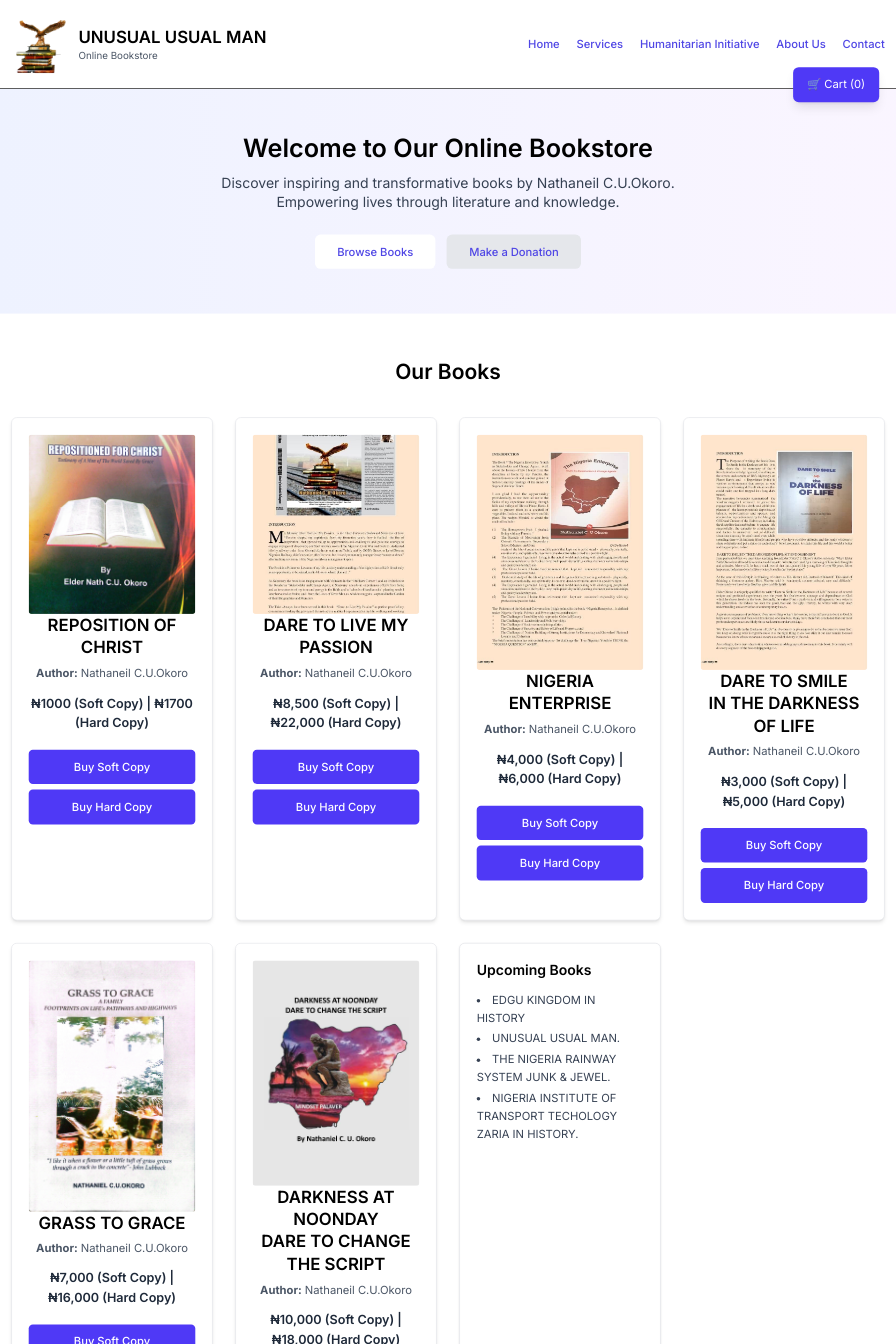
Repository: Rickyy1017/online-bookstore
Page: / (app in frontend/)
The author's editor kept a copy of each file at every save. The page is drawn from the files as they stood at one save, then again after the next save.
The browser window is 1280 px wide. The pictures show the part of the page from y = 0 to 1920 px (the page is 4568 px tall), at 70% of full size.
The project was rebuilt for these pictures with package versions that can differ from the ones it lists, and the page was loaded fresh each time. The framework's server and built-in components were replaced by stand-ins that run in the browser. Also part of the build but not shown: frontend/next.config.ts.

Above is the page before, as saved 2025-10-09 23:52:54.

After the next save:
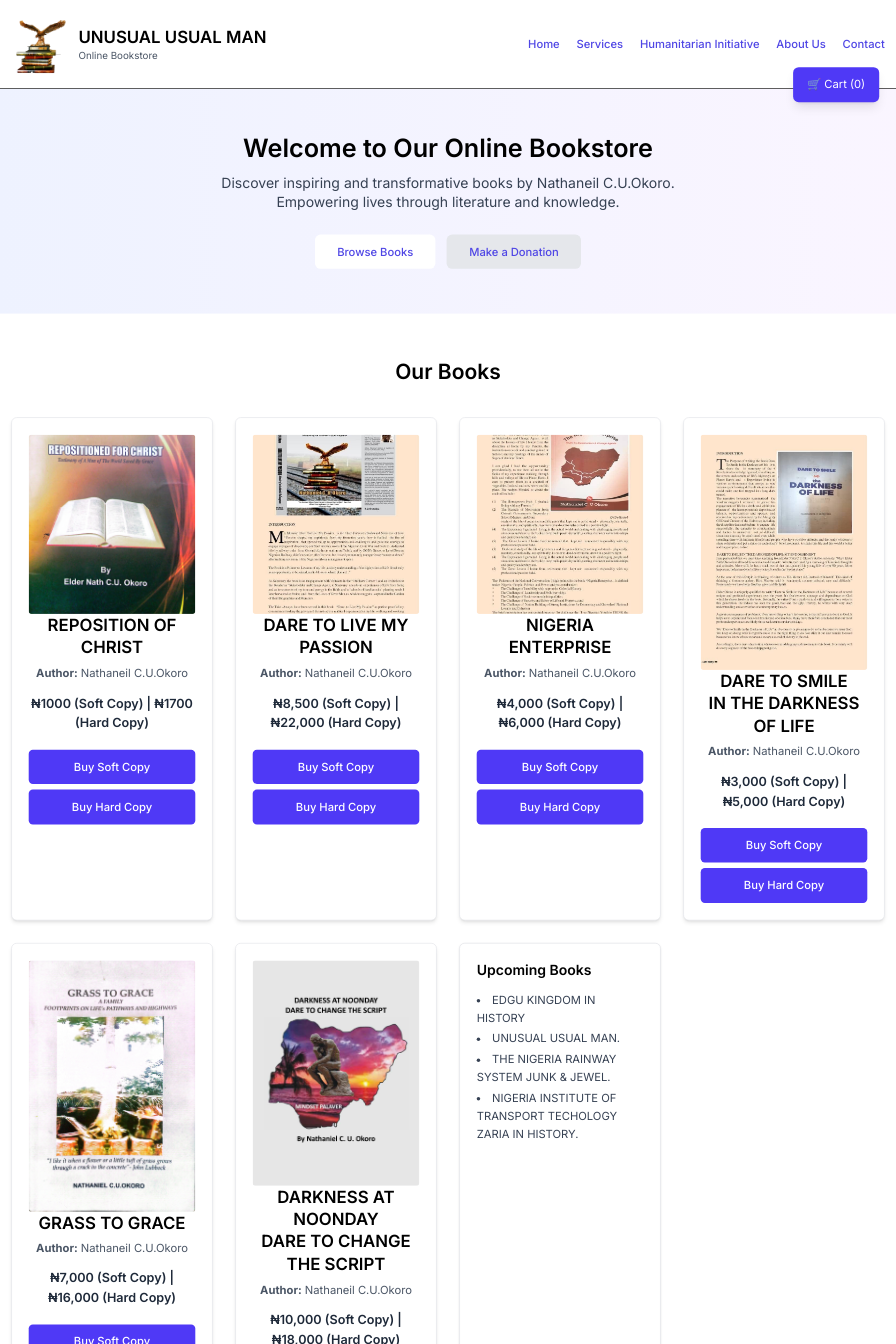
Saved 22 s later.
--- a/frontend/app/page.tsx
+++ b/frontend/app/page.tsx
@@ -99,7 +99,7 @@ export default function Page() {
         </div>
 
         <div className="bg-white border border-gray-200 rounded-lg p-6 shadow-md">
-          <Image src="/images/nige.jpg" alt="NIGERIA ENTERPRISE" width={200} height={300} className="w-full rounded" />
+          <Image src="/images/nige.jpg" alt="NIGERIA ENTERPRISE" width={200} height={300} className="w-full h-48 md:h-64 object-cover rounded" />
           <h3 className="text-2xl font-bold text-gray-900 mb-2 text-center">NIGERIA ENTERPRISE</h3>
           <p className="text-gray-600 text-center mb-4"><b>Author:</b> Nathaneil C.U.Okoro</p>
           <div className="text-center mb-6">
